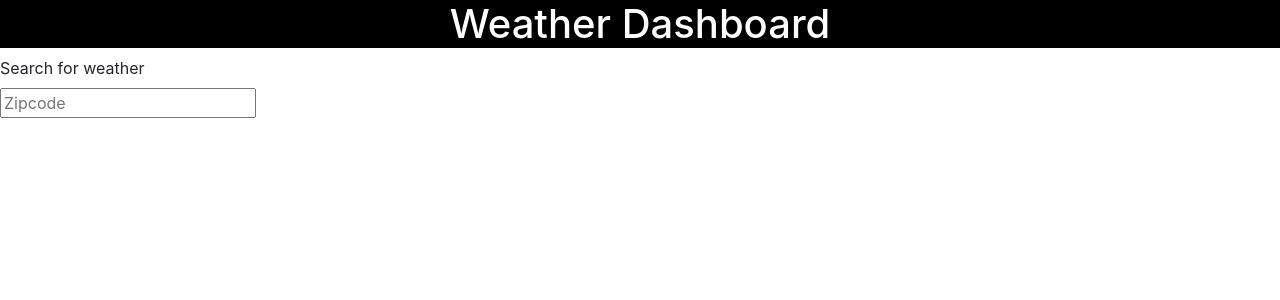
Repository: s88leigh/Weather-Dashboard
Page: index.html
The author's editor kept a copy of each file at every save. The page is drawn from the files as they stood at one save, then again after the next save.
The browser window is 1280 px wide. The pictures show the whole page.

Above is the page before, as saved 2019-10-30 20:17:36.

After the next save:
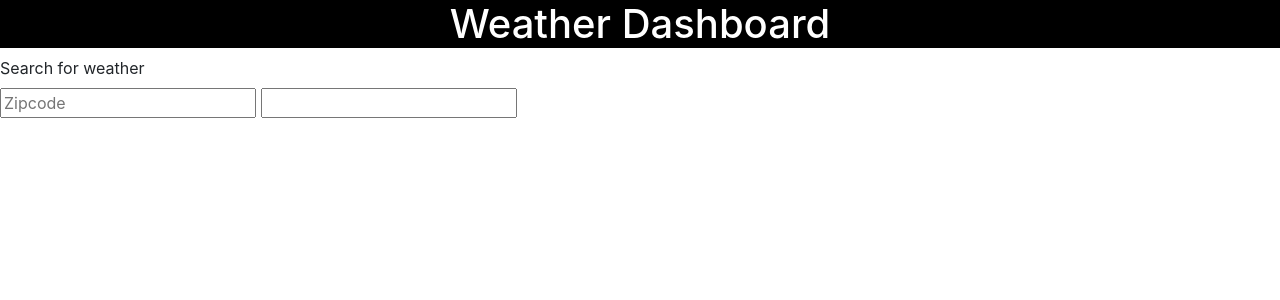
Saved 5 s later.
--- a/index.html
+++ b/index.html
@@ -21,7 +21,7 @@
             <input type="text" id="movie-input" placeholder="Zipcode">
 
             <!-- Button will trigger new zipcode to be added -->
-
+            <input id=
         </form>
 
     </div>
